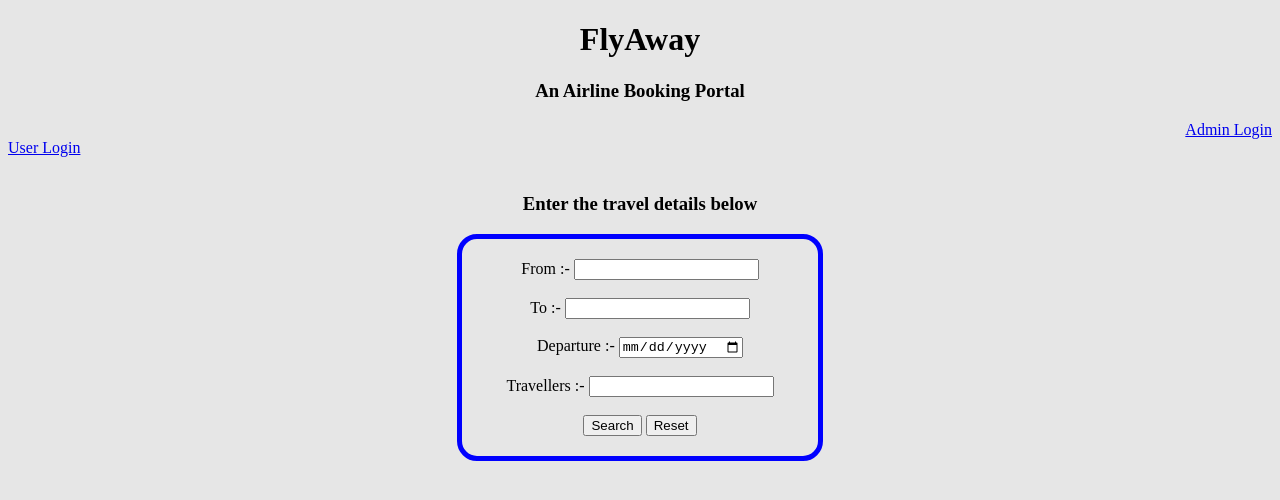
Repository: badrilogaram/Phase-two-project
Page: http://localhost/FlyAway-master/HomePage.jsp
An editor plug-in stored every save of this project. The page is shown before and after the next save, followed by the edit.
The browser window is 1280 px wide. The pictures show the whole page.
The page is served by Tomcat 9. Other server files are loaded and not shown.

Above is the page before, as saved 2021-05-27 22:59:58.

### FlyAway-master/src/main/webapp/HomePage.jsp
<%@ page language="java" contentType="text/html; charset=ISO-8859-1"
    pageEncoding="ISO-8859-1"%>
<%@ page import="java.util.*" %>
<!DOCTYPE html>
<html>
<head>
<meta charset="ISO-8859-1">
<title>FlyAway</title>
</head>
<body style="background-color:rgb(230,230,230)">
<h1><center>FlyAway</center></h1>
<h3><center>An Airline Booking Portal</center></h3>

<div align="right">
<a href="AdminPage.jsp">Admin Login</a>
</div>

<%
	@SuppressWarnings("unchecked")
	HashMap<String,String> user=(HashMap<String,String>)session.getAttribute("user");
	if(user!=null){
%>
<p>Welcome <%=user.get("name") %></p>
<a href="Logout">Logout</a>
<%
	}else{
%>
<a href=UserPage.jsp>User Login</a>
<%
	}
%>
<br><br>
<center>
<h3>Enter the travel details below</h3>
<div style="border:5px solid blue;width:25%;border-radius:20px;padding:20px" align = "center">
<form action=FlightList method=post>
	<label for=from>From :-</label> <input type=text name=from id=from/><br><br>
	<label for=to>To :-</label> <input type=text name=to id=to/><br><br>
	<label for=departure>Departure :-</label> <input type=date name=departure id=departure/><br><br>
	<label for=travellers>Travellers :-</label> <input type=number name=travellers id=travellers/><br><br>
	<input type=submit value=Search /> <input type=reset />
</form>
</center>
</div>
</body>
</html>

After the next save:
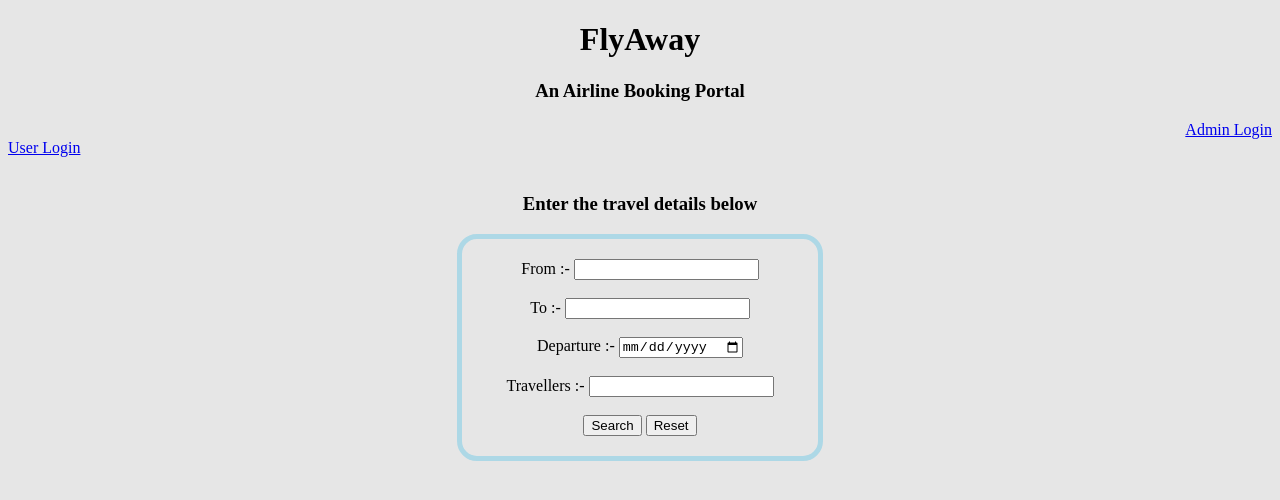
Saved 9 s later.
--- a/FlyAway-master/src/main/webapp/HomePage.jsp
+++ b/FlyAway-master/src/main/webapp/HomePage.jsp
@@ -32,7 +32,7 @@
 <br><br>
 <center>
 <h3>Enter the travel details below</h3>
-<div style="border:5px solid blue;width:25%;border-radius:20px;padding:20px" align = "center">
+<div style="border:5px solid lightblue;width:25%;border-radius:20px;padding:20px" align = "center">
 <form action=FlightList method=post>
 	<label for=from>From :-</label> <input type=text name=from id=from/><br><br>
 	<label for=to>To :-</label> <input type=text name=to id=to/><br><br>
